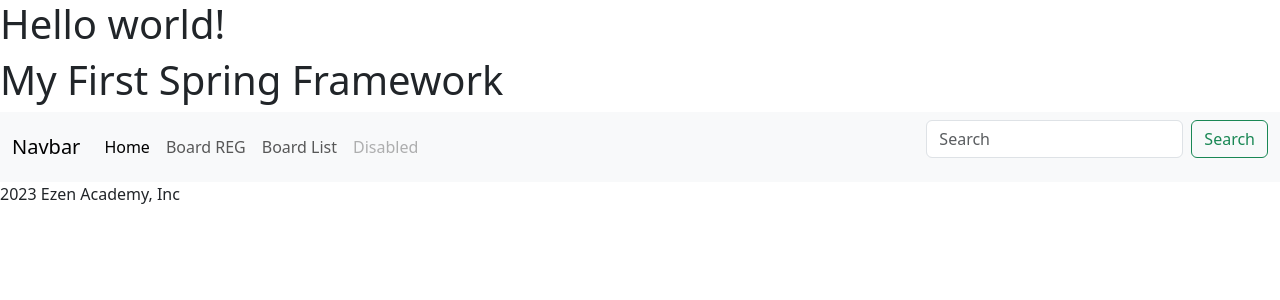
Repository: dfhdfhdfsza/springFinal
Page: http://localhost/springFinal/WEB-INF/views/index.jsp
The author's editor kept a copy of each file at every save. The page is drawn from the files as they stood at one save, then again after the next save.
The browser window is 1280 px wide. The pictures show the whole page.
The page is served by Tomcat 9. Nobody is signed in. Other server files are loaded and not shown. The template is opened directly, without the code that normally fills it, so the values that code supplies are empty.

Above is the page before, as saved 2023-10-18 07:13:34.

### springFinal/src/main/webapp/WEB-INF/views/index.jsp
<%@ page language="java" contentType="text/html; charset=UTF-8"
    pageEncoding="UTF-8"%>
<%@ taglib uri="http://java.sun.com/jsp/jstl/core" prefix="c" %>
<%@ page session="false" %>
<html>
<head>
	<title>Home</title>
</head>
<body>
<h1>
	Hello world!
</h1>
	<jsp:include page="common/header.jsp"></jsp:include>
	<jsp:include page="common/nav.jsp"></jsp:include>
	<jsp:include page="common/footer.jsp"></jsp:include>
</body>
</html>

### springFinal/src/main/webapp/WEB-INF/views/common/header.jsp
<%@ page language="java" contentType="text/html; charset=UTF-8"
    pageEncoding="UTF-8"%>
    <%@ taglib prefix="c" uri="http://java.sun.com/jsp/jstl/core" %>
<!DOCTYPE html>
<html>
<head>
<meta charset="UTF-8">
<title>Insert title here</title>
<link href="https://cdn.jsdelivr.net/npm/bootstrap@5.3.1/dist/css/bootstrap.min.css" rel="stylesheet" integrity="sha384-4bw+/aepP/YC94hEpVNVgiZdgIC5+VKNBQNGCHeKRQN+PtmoHDEXuppvnDJzQIu9" crossorigin="anonymous">
<script src="https://cdn.jsdelivr.net/npm/bootstrap@5.3.1/dist/js/bootstrap.bundle.min.js" integrity="sha384-HwwvtgBNo3bZJJLYd8oVXjrBZt8cqVSpeBNS5n7C8IVInixGAoxmnlMuBnhbgrkm" crossorigin="anonymous"></script>
</head>
<body>
	<h1>My First Spring Framework</h1>

</body>
</html>

### springFinal/src/main/webapp/WEB-INF/views/common/nav.jsp
<%@ page language="java" contentType="text/html; charset=UTF-8"
	pageEncoding="UTF-8"%>
<!DOCTYPE html>
<html>
<head>
<meta charset="UTF-8">
<title>Insert title here</title>
</head>
<body>
	<nav class="navbar navbar-expand-lg bg-body-tertiary">
		<div class="container-fluid">
			<a class="navbar-brand" href="#">Navbar</a>
			<button class="navbar-toggler" type="button"
				data-bs-toggle="collapse" data-bs-target="#navbarSupportedContent"
				aria-controls="navbarSupportedContent" aria-expanded="false"
				aria-label="Toggle navigation">
				<span class="navbar-toggler-icon"></span>
			</button>
			<div class="collapse navbar-collapse" id="navbarSupportedContent">
				<ul class="navbar-nav me-auto mb-2 mb-lg-0">
					<li class="nav-item"><a class="nav-link active" aria-current="page" href="/">Home</a></li>
					<li class="nav-item"><a class="nav-link" href="#">Board REG</a></li>
					<li class="nav-item"><a class="nav-link" href="#">Board List</a></li>
					<li class="nav-item"><a class="nav-link disabled"
						aria-disabled="true">Disabled</a></li>
				</ul>
				<form class="d-flex" role="search">
					<input class="form-control me-2" type="search" placeholder="Search"
						aria-label="Search">
					<button class="btn btn-outline-success" type="submit">Search</button>
				</form>
			</div>
		</div>
	</nav>
</body>
</html>

### springFinal/src/main/webapp/WEB-INF/views/common/footer.jsp
<%@ page language="java" contentType="text/html; charset=UTF-8"
    pageEncoding="UTF-8"%>
<!DOCTYPE html>
<html>
<head>
<meta charset="UTF-8">
<title>Insert title here</title>
</head>
<body>
	<p>2023 Ezen Academy, Inc</p>
</body>
</html>

After the next save:
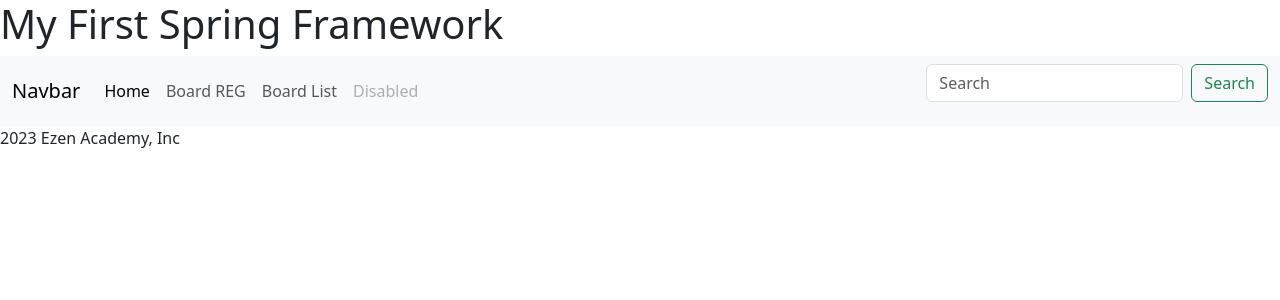
Saved 27 s later.
--- a/springFinal/src/main/webapp/WEB-INF/views/index.jsp
+++ b/springFinal/src/main/webapp/WEB-INF/views/index.jsp
@@ -7,9 +7,7 @@
 	<title>Home</title>
 </head>
 <body>
-<h1>
-	Hello world!
-</h1>
+
 	<jsp:include page="common/header.jsp"></jsp:include>
 	<jsp:include page="common/nav.jsp"></jsp:include>
 	<jsp:include page="common/footer.jsp"></jsp:include>
